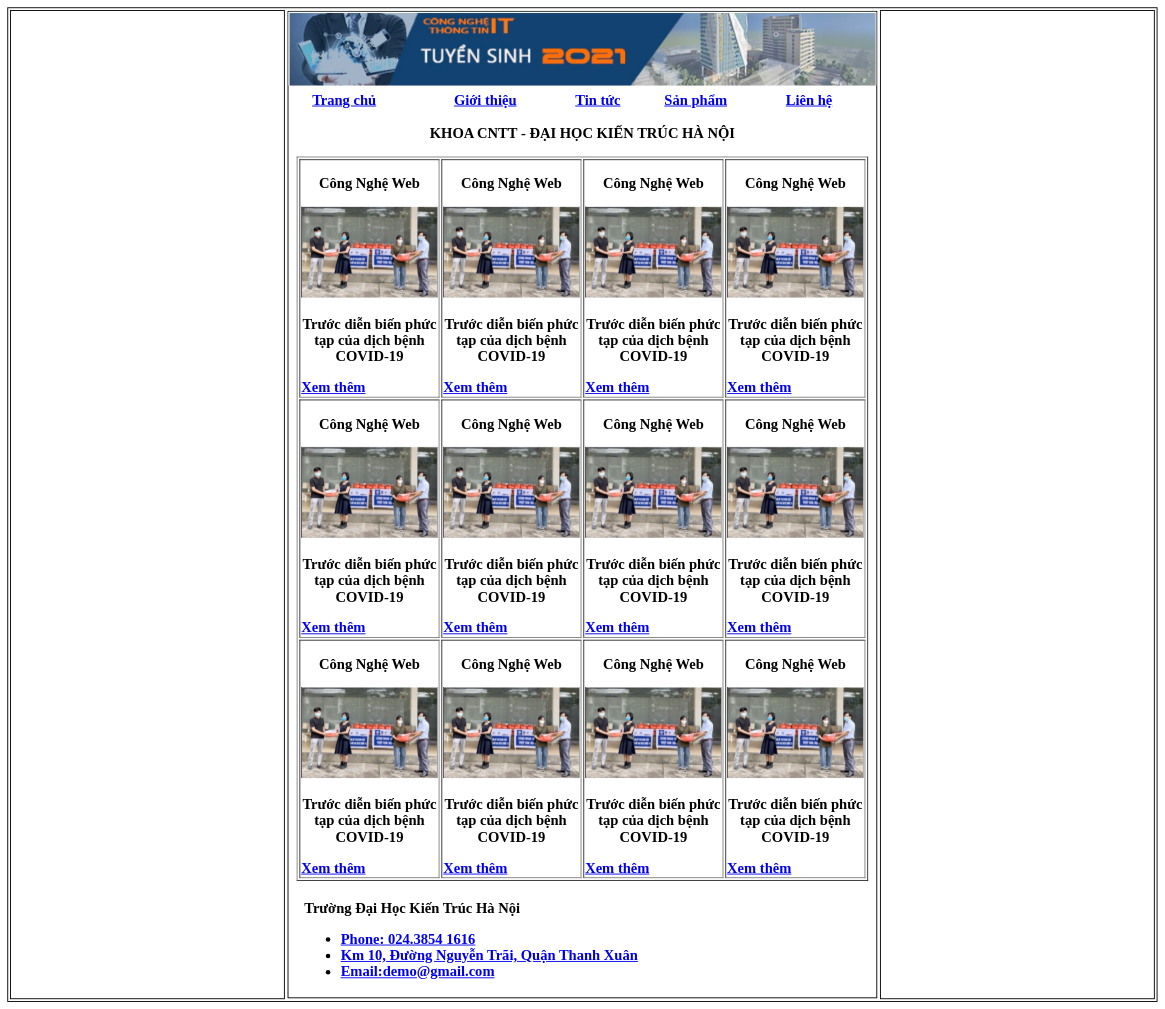
Repository: longtn213/Frond_end_HTML-CSS
Page: Front-End/Demohtml/baitapbuoi2.html
These files come from the project's save history. The page is drawn as it stood at one moment and after the next save; the edit follows.
The browser window is 1280 px wide. The pictures show the whole page, at 91% of full size.

Above is the page before, as saved 2021-09-09 15:07:13.

After the next save:
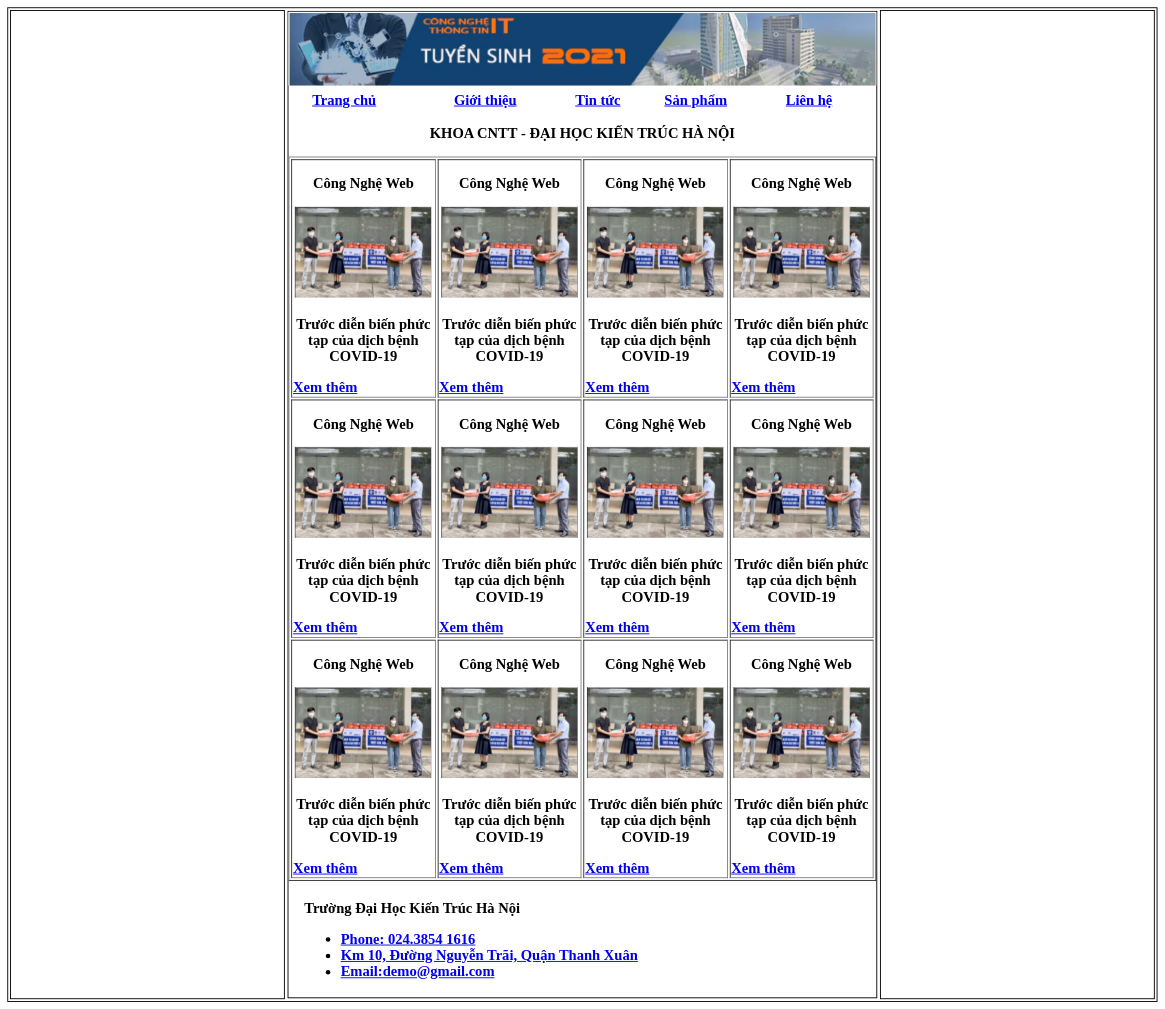
Saved 104 s later.
--- a/Front-End/Demohtml/baitapbuoi2.html
+++ b/Front-End/Demohtml/baitapbuoi2.html
@@ -35,7 +35,7 @@
 
 				<center>
 				<p><b>KHOA CNTT - ĐẠI HỌC KIẾN TRÚC HÀ NỘI</b></p>
-				<table width="100px" border="1">
+				<table width="100%" border="1">
 					<tr>
 						<td>
 							<center>
